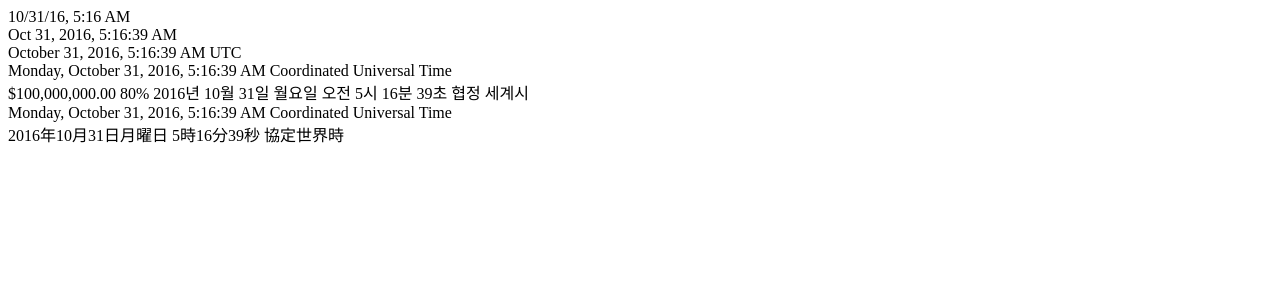
Repository: kimjaejoo/Tacademy
Page: http://localhost/MyServer/custom2.jsp
These files come from the project's save history. The page is drawn as it stood at one moment and after the next save; the edit follows.
The browser window is 1280 px wide. The pictures show the whole page.
The page is served by Tomcat 9. Nobody is signed in. The application's start-up code is not run.

Above is the page before, as saved 2016-11-04 04:44:09.

After the next save:
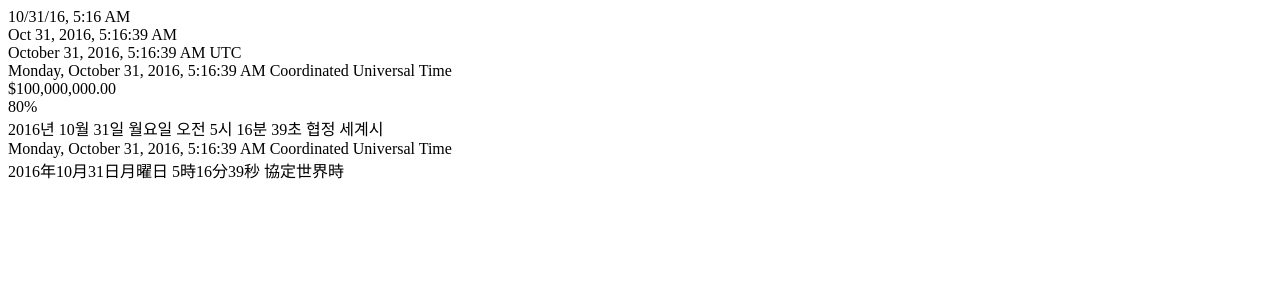
Saved 11 s later.
--- a/MyServer/WebContent/custom2.jsp
+++ b/MyServer/WebContent/custom2.jsp
@@ -13,8 +13,8 @@
 <fmt:formatDate value="${date }" type="both" dateStyle="full" timeStyle="full"/> <br />
 
 <!-- 숫자 -->
-<fmt:formatNumber value="100000000" type="currency" currencySymbol="$" />
-<fmt:formatNumber value="0.80" type="percent" />
+<fmt:formatNumber value="100000000" type="currency" currencySymbol="$" /> <br />
+<fmt:formatNumber value="0.80" type="percent" /> <br />
 
 <!-- 로케일 -->
 <fmt:setLocale value="ko_kr"/>
